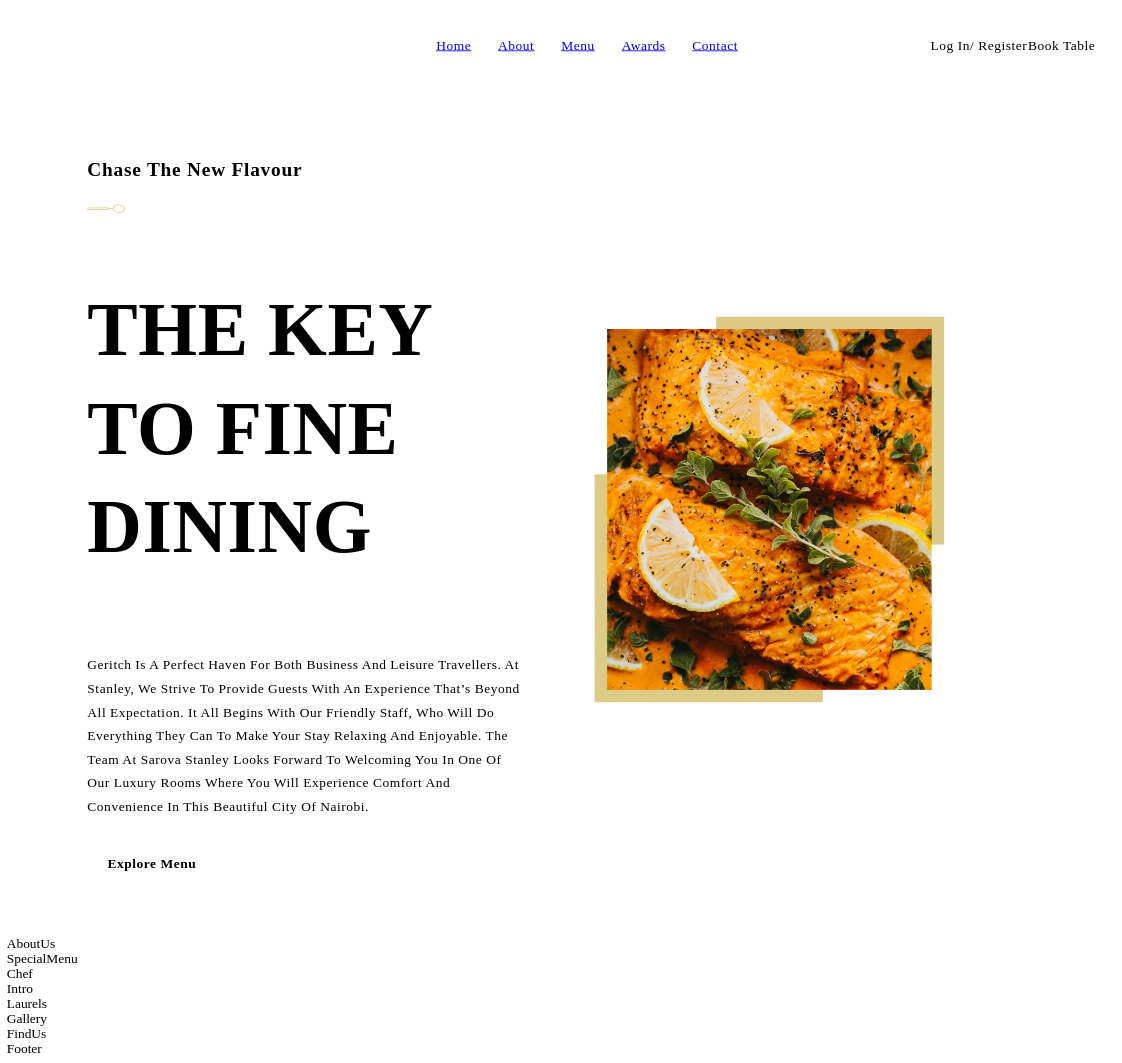
Repository: remydev47/restaurant
Page: /
An editor plug-in stored every save of this project. The page is shown before and after the next save, followed by the edit.
The browser window is 1280 px wide. The page is 1336 px wide, so the pictures cover 1336 px, including what lies to the right of the window. The pictures show the whole page, at 84% of full size.
The project was rebuilt for these pictures with package versions that can differ from the ones it lists, and the page was loaded fresh each time. Also part of the build but not shown: src/container/AboutUs/AboutUs.css, src/container/Chef/Chef.css, src/components/Footer/Newsletter.jsx, src/components/Footer/FooterOverlay.jsx, src/components/Menuitem/MenuItem.css, src/components/Menuitem/MenuItem.jsx, src/container/Menu/SpecialMenu.css. Imported but missing from the stored project, and not drawn on this page: src/assets/meal.mp4.

Above is the page before, as saved 2022-03-15 13:09:34.

After the next save:
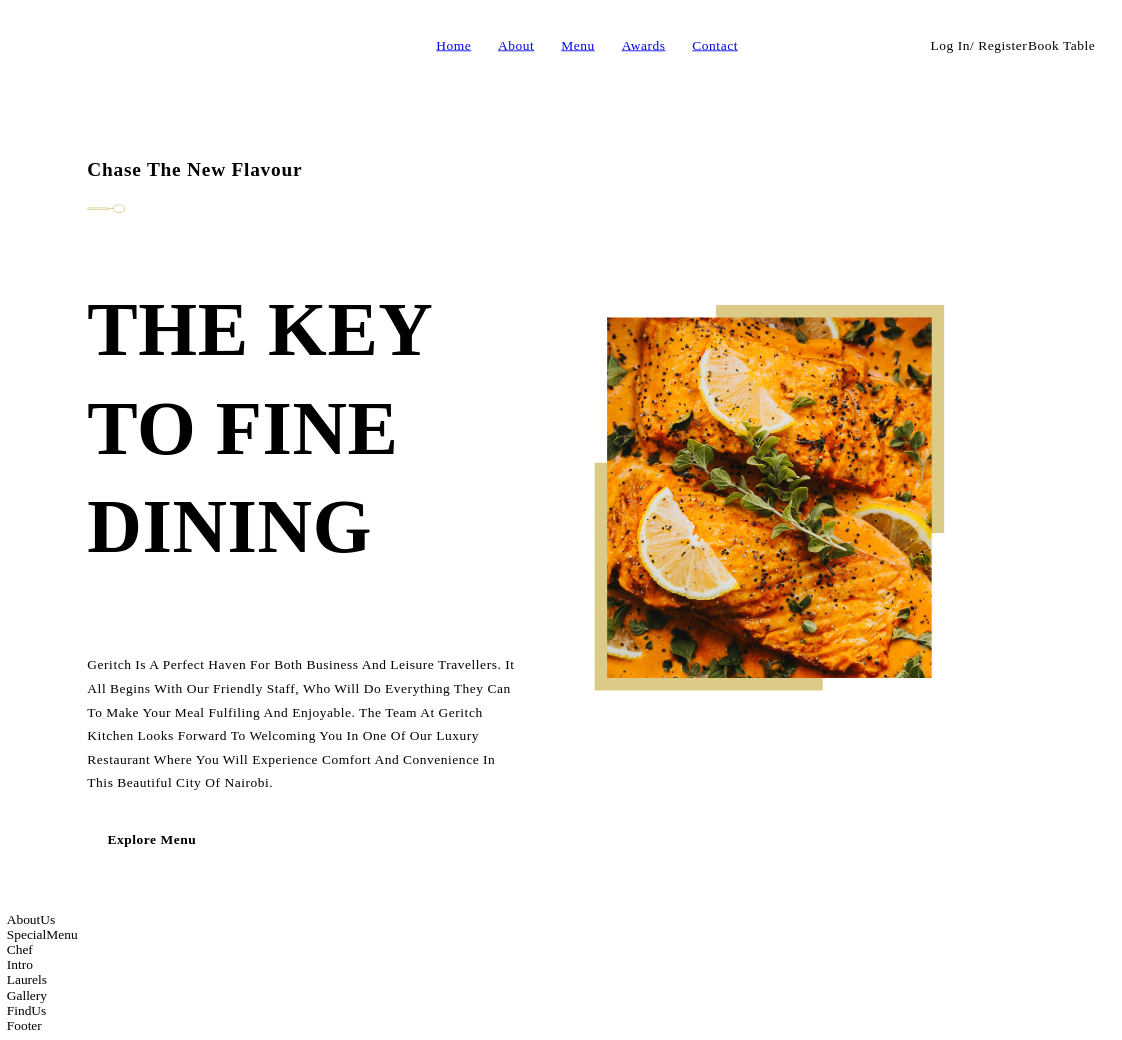
Saved 2 min 31 s later.
--- a/src/container/Header/Header.jsx
+++ b/src/container/Header/Header.jsx
@@ -10,7 +10,7 @@ const Header = () => (
       <SubHeading title="Chase The New Flavour" />
       <h1 className="app__header-h1">The Key To Fine Dining</h1>
       <p className="p__opensans" style={{margin: '2rem 0'}}>
-          Geritch is a perfect haven for both business and leisure travellers. At Stanley, we strive to provide guests with an experience that’s beyond all expectation. It all begins with our friendly staff, who will do everything they can to make your stay relaxing and enjoyable. The team at Sarova Stanley looks forward to welcoming you in one of our luxury rooms where you will experience comfort and convenience in this beautiful city of Nairobi.
+          Geritch is a perfect haven for both business and leisure travellers. It all begins with our friendly staff, who will do everything they can to make your meal fulfiling and enjoyable. The team at Geritch kitchen looks forward to welcoming you in one of our luxury restaurant where you will experience comfort and convenience in this beautiful city of Nairobi.
       </p>
       <button type="button" className="custom__button">Explore Menu</button>
     </div>
